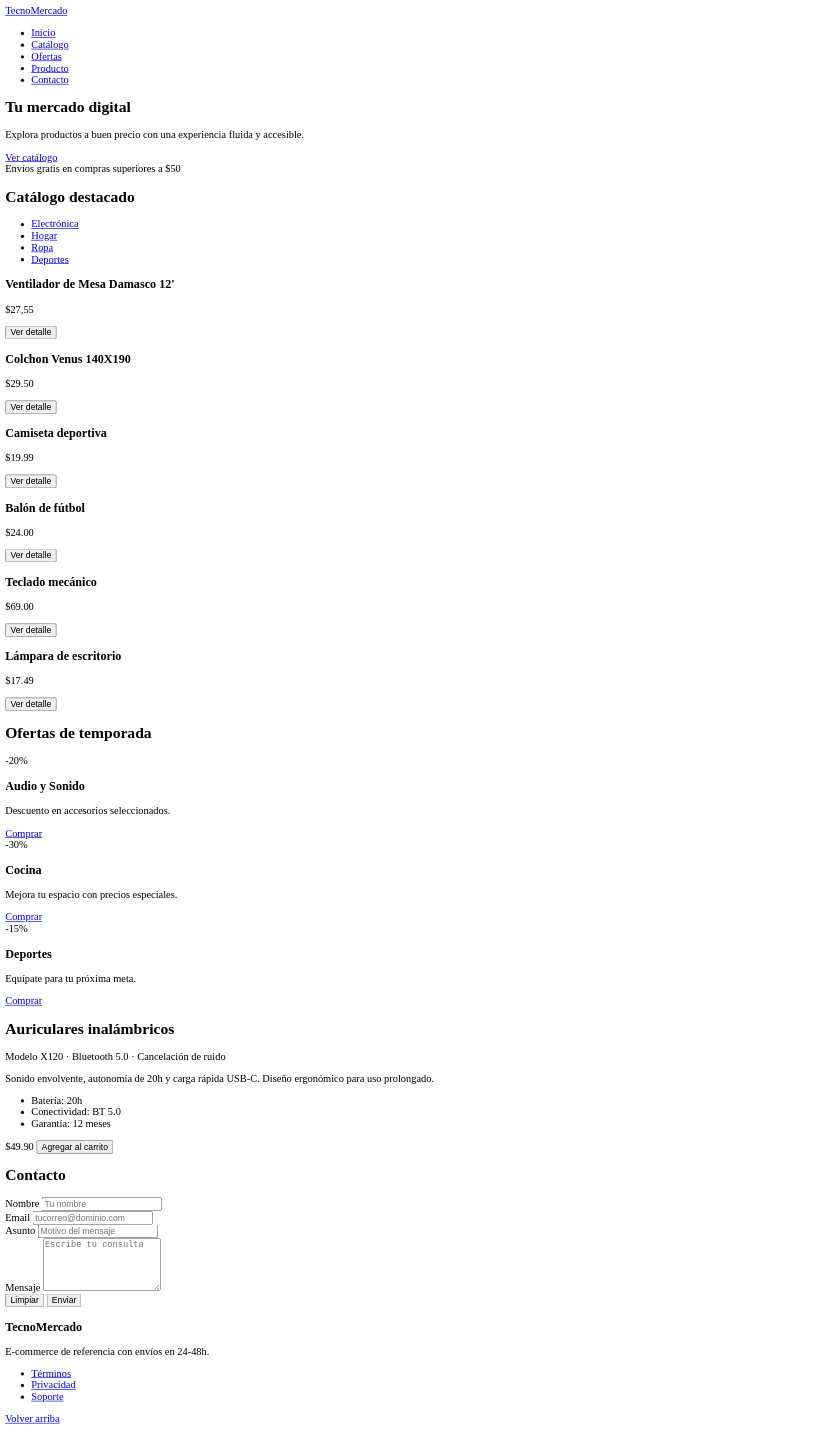
Repository: aryacarpavila/lab02_web
Page: index.html
These files come from the project's save history. The page is drawn as it stood at one moment and after the next save; the edit follows.
The browser window is 1280 px wide. The pictures show the whole page, at 65% of full size.

Above is the page before, as saved 2025-11-05 08:14:31.
Not found: base.css

After the next save:
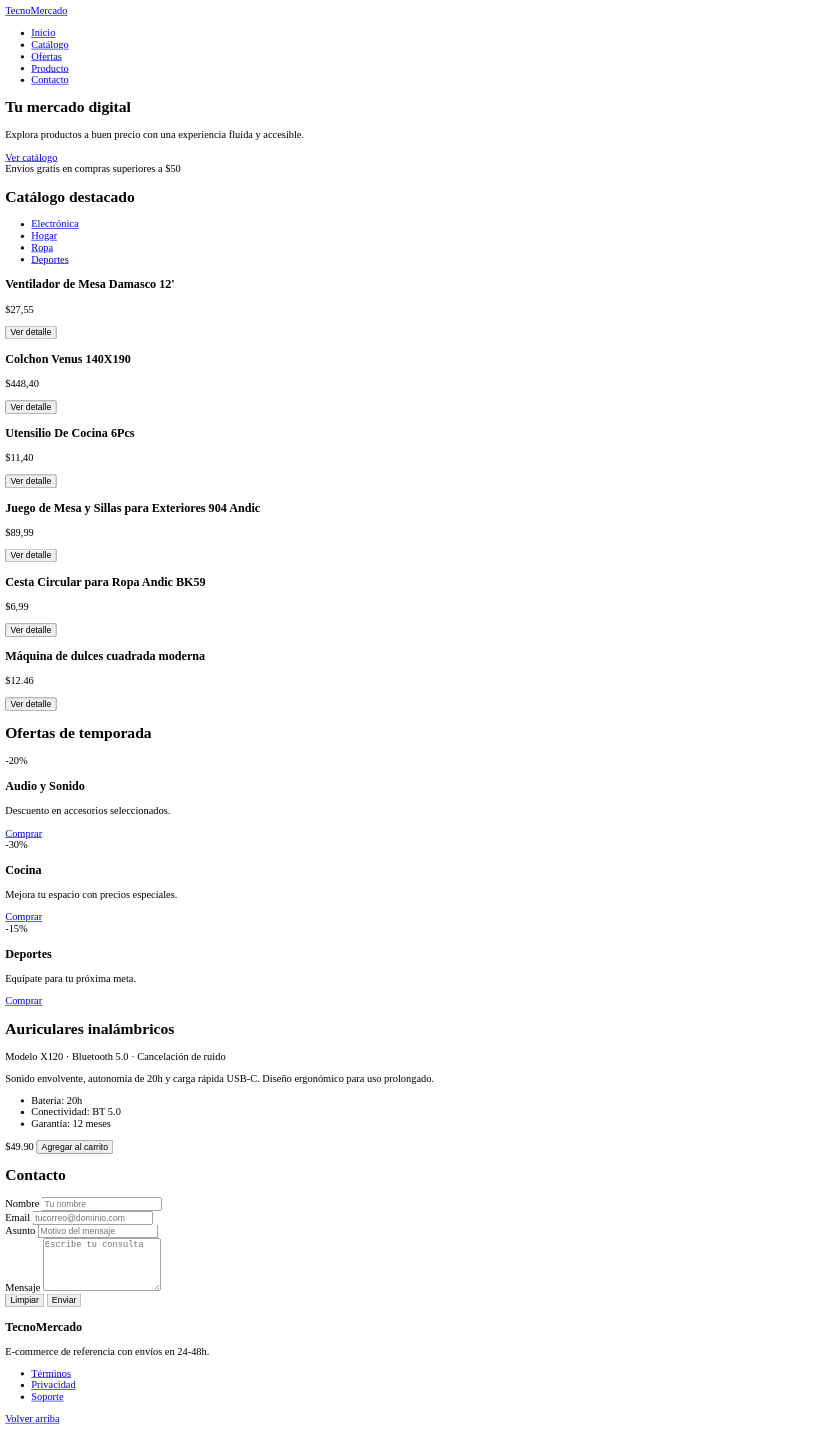
Saved 2 min 59 s later.
--- a/index.html
+++ b/index.html
@@ -65,39 +65,39 @@
               <div></div>
               <div>
                 <h3>Colchon Venus 140X190</h3>
-                <p>$29.50</p>
-                <button>Ver detalle</button>
-              </div>
-            </article>
-            <article tabindex="0">
-              <div></div>
-              <div>
-                <h3>Camiseta deportiva</h3>
-                <p>$19.99</p>
-                <button>Ver detalle</button>
-              </div>
-            </article>
-            <article tabindex="0">
-              <div></div>
-              <div>
-                <h3>Balón de fútbol</h3>
-                <p>$24.00</p>
-                <button>Ver detalle</button>
-              </div>
-            </article>
-            <article tabindex="0">
-              <div></div>
-              <div>
-                <h3>Teclado mecánico</h3>
-                <p>$69.00</p>
-                <button>Ver detalle</button>
-              </div>
-            </article>
-            <article tabindex="0">
-              <div></div>
-              <div>
-                <h3>Lámpara de escritorio</h3>
-                <p>$17.49</p>
+                <p>$448,40</p>
+                <button>Ver detalle</button>
+              </div>
+            </article>
+            <article tabindex="0">
+              <div></div>
+              <div>
+                <h3>Utensilio De Cocina 6Pcs</h3>
+                <p>$11,40</p>
+                <button>Ver detalle</button>
+              </div>
+            </article>
+            <article tabindex="0">
+              <div></div>
+              <div>
+                <h3>Juego de Mesa y Sillas para Exteriores 904 Andic</h3>
+                <p>$89,99</p>
+                <button>Ver detalle</button>
+              </div>
+            </article>
+            <article tabindex="0">
+              <div></div>
+              <div>
+                <h3>Cesta Circular para Ropa Andic BK59</h3>
+                <p>$6,99</p>
+                <button>Ver detalle</button>
+              </div>
+            </article>
+            <article tabindex="0">
+              <div></div>
+              <div>
+                <h3>Máquina de dulces cuadrada moderna</h3>
+                <p>$12.46</p>
                 <button>Ver detalle</button>
               </div>
             </article>
